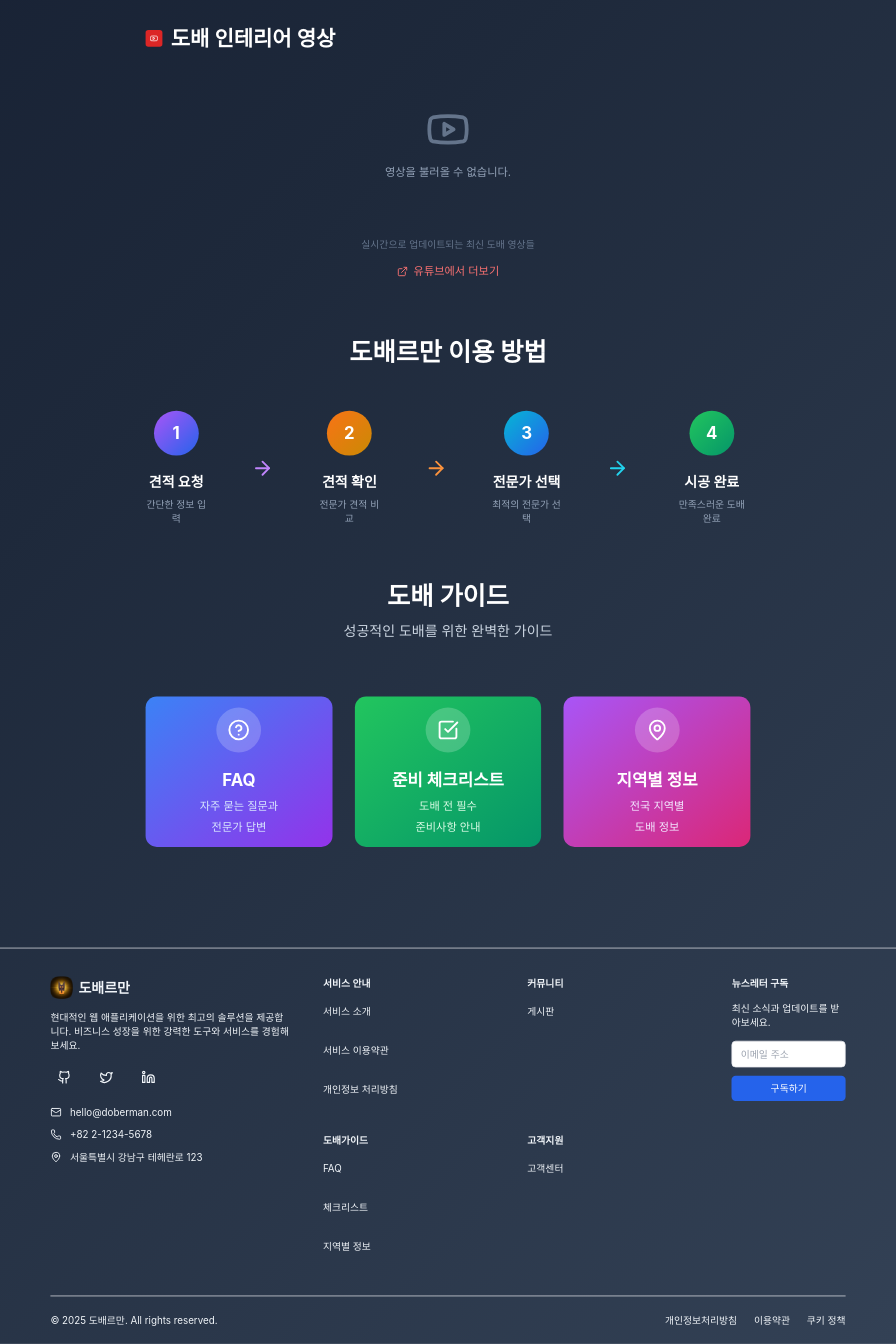
Repository: rambozzang/doberman_nextjs
Page: /
An editor plug-in stored every save of this project. The page is shown before and after the next save, followed by the edit.
The browser window is 1280 px wide. The pictures show the part of the page from y = 1647 to 3567 px (the page is 3567 px tall), at 70% of full size.
The page's requests for data from a server got no answer. The project was rebuilt for these pictures with package versions that can differ from the ones it lists, and the page was loaded fresh each time. The framework's server and built-in components were replaced by stand-ins that run in the browser. No one was signed in, and anything a server would have sent is missing. Also part of the build but not shown: next.config.mjs, next.config.ts, src/components/AutoLogoutWarning.tsx, src/components/ForgotPasswordModal.tsx, src/components/LoginModal.tsx, src/components/RegisterModal.tsx.

Above is the page before, as saved 2025-06-28 01:17:06.

### src/components/Footer.tsx
"use client";

import React, { useState } from "react";
import Link from "next/link";
import { motion, AnimatePresence } from "framer-motion";
import { Github, Twitter, Linkedin, Mail, Phone, MapPin, ChevronDown } from "lucide-react";

import Image from "next/image";

interface FooterLink {
  title: string;
  href: string;
}

interface FooterSection {
  title: string;
  links: FooterLink[];
}

interface SocialLink {
  name: string;
  href: string;
  icon: React.ReactNode;
}

interface FooterProps {
  logo?: string;
  description?: string;
  sections?: FooterSection[];
  socialLinks?: SocialLink[];
  contactInfo?: {
    email?: string;
    phone?: string;
    address?: string;
  };
  showNewsletter?: boolean;
}

const defaultSections: FooterSection[] = [
  {
    title: "서비스 안내",
    links: [
      { title: "서비스 소개", href: "/service-intro" },
      { title: "서비스 이용약관", href: "/terms-of-service" },
      { title: "개인정보 처리방침", href: "/privacy-policy" },
    ],
  },
  {
    title: "커뮤니티",
    links: [{ title: "게시판", href: "/board" }],
  },
  {
    title: "도배가이드",
    links: [
      { title: "FAQ", href: "/faq" },
      { title: "체크리스트", href: "/checklist" },
      { title: "지역별 정보", href: "/regional-guide" },
    ],
  },
  {
    title: "고객지원",
    links: [{ title: "고객센터", href: "/customer-support" }],
  },
];

const defaultSocialLinks: SocialLink[] = [
  {
    name: "GitHub",
    href: "https://github.com",
    icon: <Github className="w-5 h-5" />,
  },
  {
    name: "Twitter",
    href: "https://twitter.com",
    icon: <Twitter className="w-5 h-5" />,
  },
  {
    name: "LinkedIn",
    href: "https://linkedin.com",
    icon: <Linkedin className="w-5 h-5" />,
  },
];

const Footer: React.FC<FooterProps> = ({
  logo = "도배르만",
  description = "현대적인 웹 애플리케이션을 위한 최고의 솔루션을 제공합니다. 비즈니스 성장을 위한 강력한 도구와 서비스를 경험해보세요.",
  sections = defaultSections,
  socialLinks = defaultSocialLinks,
  contactInfo = {
    email: "hello@doberman.com",
    phone: "+82 2-1234-5678",
    address: "서울특별시 강남구 테헤란로 123",
  },
  showNewsletter = true,
}) => {
  // 모바일 아코디언 상태 관리
  const [expandedSections, setExpandedSections] = useState<Record<string, boolean>>({});

  // 아코디언 토글 함수
  const toggleSection = (sectionTitle: string) => {
    setExpandedSections(prev => ({
      ...prev,
      [sectionTitle]: !prev[sectionTitle]
    }));
  };

  const handleNewsletterSubmit = (e: React.FormEvent) => {
    e.preventDefault();
    // 뉴스레터 구독 로직
    console.log("뉴스레터 구독");
  };

  return (
    <footer className="bg-background border-t border-border">
      <div className="container mx-auto px-4 sm:px-6 lg:px-8">
        {/* Main Footer Content */}
        <div className="py-6 sm:py-8 lg:py-10">
          <div className="grid grid-cols-1 md:grid-cols-2 lg:grid-cols-12 gap-4 sm:gap-6 lg:gap-8">
            {/* Company Info */}
            <div className="md:col-span-2 lg:col-span-4 space-y-3 sm:space-y-4 lg:space-y-4">
              <motion.div
                initial={{ opacity: 0, y: 20 }}
                whileInView={{ opacity: 1, y: 0 }}
                transition={{ duration: 0.5 }}
                viewport={{ once: true }}
              >
                <Link href="/" className="flex items-center space-x-2 mb-3 sm:mb-4">
                  <Image src="/logo.png" alt="logo" width={28} height={28} className="sm:w-8 sm:h-8" />
                  <span className="text-lg sm:text-xl font-bold text-foreground">{logo}</span>
                </Link>
                <p className="text-muted-foreground text-xs sm:text-sm leading-relaxed pr-4">
                  {description}
                </p>
              </motion.div>

              {/* Social Links */}
              <motion.div
                initial={{ opacity: 0, y: 20 }}
                whileInView={{ opacity: 1, y: 0 }}
                transition={{ duration: 0.5, delay: 0.1 }}
                viewport={{ once: true }}
                className="flex space-x-3 sm:space-x-4"
              >
                {socialLinks.map((social) => (
                  <motion.a
                    key={social.name}
                    href={social.href}
                    target="_blank"
                    rel="noopener noreferrer"
                    whileHover={{ scale: 1.1 }}
                    whileTap={{ scale: 0.95 }}
                    className="p-2 sm:p-2.5 rounded-lg bg-accent/50 text-muted-foreground hover:text-foreground hover:bg-accent transition-colors touch-target"
                    aria-label={social.name}
                  >
                    <div className="w-4 h-4 sm:w-5 sm:h-5">
                      {social.icon}
                    </div>
                  </motion.a>
                ))}
              </motion.div>

              {/* Contact Info */}
              {contactInfo && (
                <motion.div
                  initial={{ opacity: 0, y: 20 }}
                  whileInView={{ opacity: 1, y: 0 }}
                  transition={{ duration: 0.5, delay: 0.2 }}
                  viewport={{ once: true }}
                  className="space-y-2 sm:space-y-3"
                >
                  {contactInfo.email && (
                    <div className="flex items-center space-x-2 sm:space-x-3 text-xs sm:text-sm text-muted-foreground">
                      <Mail className="w-3 h-3 sm:w-4 sm:h-4 flex-shrink-0" />
                      <span className="break-all">{contactInfo.email}</span>
                    </div>
                  )}
                  {contactInfo.phone && (
                    <div className="flex items-center space-x-2 sm:space-x-3 text-xs sm:text-sm text-muted-foreground">
                      <Phone className="w-3 h-3 sm:w-4 sm:h-4 flex-shrink-0" />
                      <span>{contactInfo.phone}</span>
                    </div>
                  )}
                  {contactInfo.address && (
                    <div className="flex items-start space-x-2 sm:space-x-3 text-xs sm:text-sm text-muted-foreground">
                      <MapPin className="w-3 h-3 sm:w-4 sm:h-4 flex-shrink-0 mt-0.5" />
                      <span className="leading-relaxed">{contactInfo.address}</span>
                    </div>
                  )}
                </motion.div>
              )}
            </div>

            {/* Footer Links */}
            <div className="md:col-span-2 lg:col-span-6">
              {/* 데스크톱 버전 - 기존 그리드 */}
              <div className="hidden md:grid grid-cols-2 gap-4 sm:gap-6 md:gap-8">
                {sections.map((section, index) => (
                  <motion.div
                    key={section.title}
                    initial={{ opacity: 0, y: 20 }}
                    whileInView={{ opacity: 1, y: 0 }}
                    transition={{ duration: 0.5, delay: index * 0.1 }}
                    viewport={{ once: true }}
                    className="space-y-3 sm:space-y-4"
                  >
                    <h3 className="text-xs sm:text-sm font-semibold text-foreground">
                      {section.title}
                    </h3>
                    <ul className="space-y-2 sm:space-y-3">
                      {section.links.map((link) => (
                        <li key={link.title}>
                          <Link
                            href={link.href}
                            className="text-xs sm:text-sm text-muted-foreground hover:text-foreground transition-colors block py-1 touch-target"
                          >
                            {link.title}
                          </Link>
                        </li>
                      ))}
                    </ul>
                  </motion.div>
                ))}
              </div>

              {/* 모바일 버전 - 아코디언 */}
              <div className="md:hidden space-y-2">
                {sections.map((section, index) => (
                  <motion.div
                    key={section.title}
                    initial={{ opacity: 0, y: 20 }}
                    whileInView={{ opacity: 1, y: 0 }}
                    transition={{ duration: 0.5, delay: index * 0.1 }}
                    viewport={{ once: true }}
                    className="border border-slate-700/30 rounded-lg bg-slate-800/20 overflow-hidden"
                  >
                    {/* 아코디언 헤더 */}
                    <button
                      onClick={() => toggleSection(section.title)}
                      className="w-full flex items-center justify-between p-4 text-left hover:bg-slate-700/20 transition-colors touch-target"
                    >
                      <h3 className="text-sm font-semibold text-foreground">
                        {section.title}
                      </h3>
                      <motion.div
                        animate={{ rotate: expandedSections[section.title] ? 180 : 0 }}
                        transition={{ duration: 0.2 }}
                      >
                        <ChevronDown className="w-4 h-4 text-muted-foreground" />
                      </motion.div>
                    </button>

                    {/* 아코디언 컨텐츠 */}
                    <AnimatePresence>
                      {expandedSections[section.title] && (
                        <motion.div
                          initial={{ height: 0, opacity: 0 }}
                          animate={{ height: "auto", opacity: 1 }}
                          exit={{ height: 0, opacity: 0 }}
                          transition={{ duration: 0.3, ease: "easeInOut" }}
                          className="overflow-hidden"
                        >
                          <div className="px-4 pb-4 border-t border-slate-700/30">
                            <ul className="space-y-2 pt-3">
                              {section.links.map((link) => (
                                <motion.li
                                  key={link.title}
                                  initial={{ opacity: 0, x: -10 }}
                                  animate={{ opacity: 1, x: 0 }}
                                  transition={{ duration: 0.2 }}
                                >
                                  <Link
                                    href={link.href}
                                    className="text-sm text-muted-foreground hover:text-foreground transition-colors block py-2 px-2 rounded hover:bg-slate-700/20 touch-target"
                                  >
                                    {link.title}
                                  </Link>
                                </motion.li>
                              ))}
                            </ul>
                          </div>
                        </motion.div>
                      )}
                    </AnimatePresence>
                  </motion.div>
                ))}
              </div>
            </div>

            {/* Newsletter */}
            {showNewsletter && (
              <div className="md:col-span-2 lg:col-span-2">
                <motion.div
                  initial={{ opacity: 0, y: 20 }}
                  whileInView={{ opacity: 1, y: 0 }}
                  transition={{ duration: 0.5, delay: 0.3 }}
                  viewport={{ once: true }}
                  className="space-y-4"
                >
                  <h3 className="text-sm font-semibold text-foreground">
                    뉴스레터 구독
                  </h3>
                  <p className="text-sm text-muted-foreground">
                    최신 소식과 업데이트를 받아보세요.
                  </p>
                  <form onSubmit={handleNewsletterSubmit} className="space-y-3">
                    <input
                      type="email"
                      placeholder="이메일 주소"
                      className="w-full px-3 py-2 text-sm bg-background border border-border rounded-md focus:outline-none focus:ring-2 focus:ring-primary focus:border-transparent"
                      required
                    />
                    <button
                      type="submit"
                      className="w-full px-3 py-2 text-sm bg-blue-600 text-white rounded-md hover:bg-blue-700 transition-colors"
                    >
                      구독하기
                    </button>
                  </form>
                </motion.div>
              </div>
            )}
          </div>
        </div>

        {/* Bottom Bar */}
        <motion.div
          initial={{ opacity: 0 }}
          whileInView={{ opacity: 1 }}
          transition={{ duration: 0.5, delay: 0.4 }}
          viewport={{ once: true }}
          className="py-6 border-t border-border"
        >
          <div className="flex flex-col md:flex-row justify-between items-center space-y-4 md:space-y-0">
            <div className="text-sm text-muted-foreground">
              © {new Date().getFullYear()} {logo}. All rights reserved.
            </div>
            <div className="flex space-x-6">
              <Link
                href="/privacy"
                className="text-sm text-muted-foreground hover:text-foreground transition-colors"
              >
                개인정보처리방침
              </Link>
              <Link
                href="/terms"
                className="text-sm text-muted-foreground hover:text-foreground transition-colors"
              >
                이용약관
              </Link>
              <Link
                href="/cookies"
                className="text-sm text-muted-foreground hover:text-foreground transition-colors"
              >
                쿠키 정책
              </Link>
            </div>
          </div>
        </motion.div>
      </div>
    </footer>
  );
};

export default Footer;

Loaded but not shown: tailwind.config.js (145 lines, source omitted); src/app/page.tsx (898 lines, source omitted); src/components/Header.tsx (549 lines, source omitted); src/app/globals.css (891 lines, source omitted); src/lib/api.ts (171 lines, source omitted); src/services/authService.ts (116 lines, source omitted); src/hooks/useAutoLogout.ts (132 lines, source omitted); src/lib/auth.ts (101 lines, source omitted); src/hooks/useAuth.ts (100 lines, source omitted); src/store/useStore.ts (38 lines, source omitted); src/components/AdSense.tsx (41 lines, source omitted); src/providers/GlobalProvider.tsx (31 lines, source omitted); src/providers/QueryProvider.tsx (25 lines, source omitted); src/services/youtubeService.ts (9 lines, source omitted); src/app/layout.tsx (264 lines, source omitted)

After the next save:
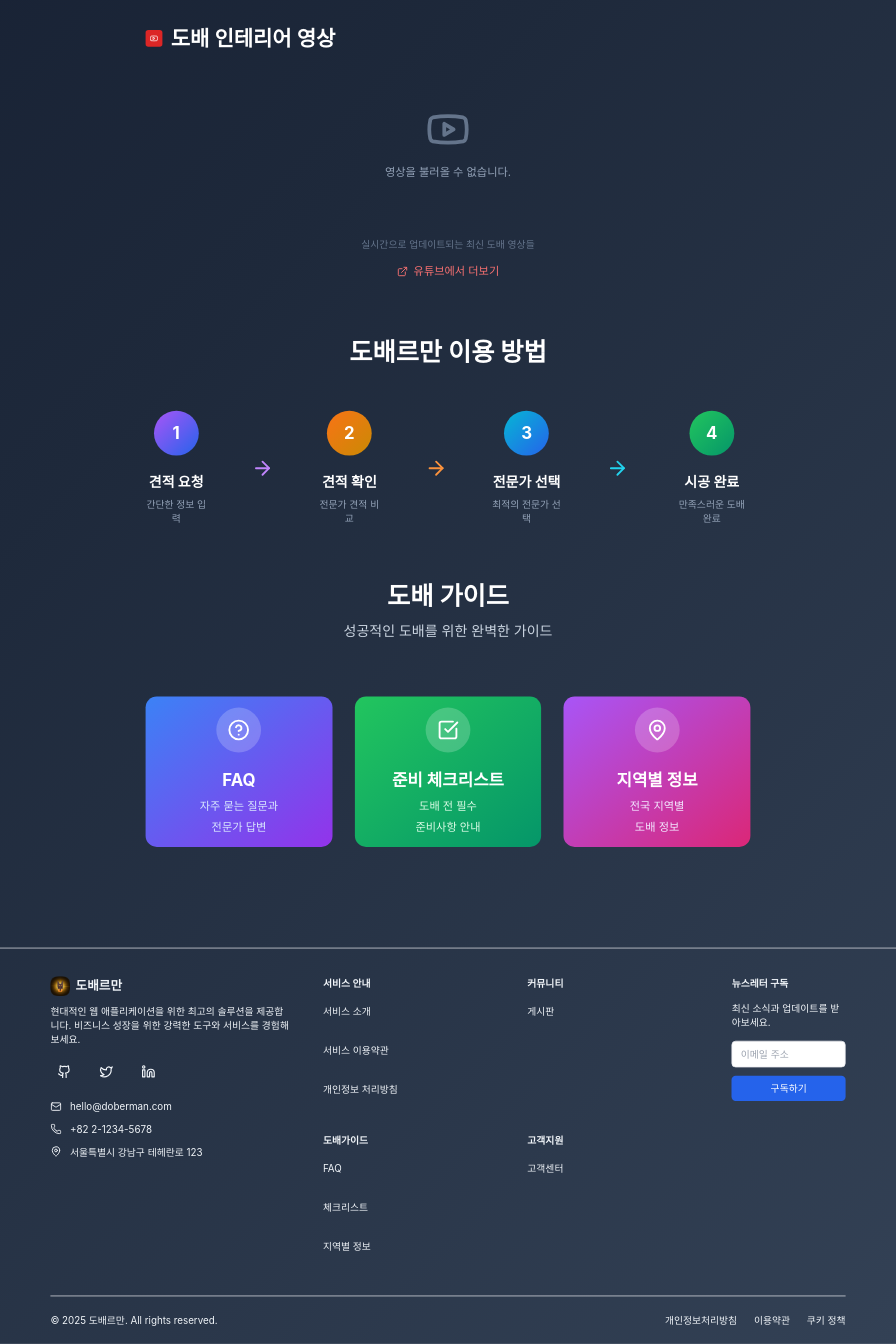
Saved 13 s later.
--- a/src/components/Footer.tsx
+++ b/src/components/Footer.tsx
@@ -124,11 +124,11 @@ const Footer: React.FC<FooterProps> = ({
                 transition={{ duration: 0.5 }}
                 viewport={{ once: true }}
               >
-                <Link href="/" className="flex items-center space-x-2 mb-3 sm:mb-4">
-                  <Image src="/logo.png" alt="logo" width={28} height={28} className="sm:w-8 sm:h-8" />
-                  <span className="text-lg sm:text-xl font-bold text-foreground">{logo}</span>
+                <Link href="/" className="flex items-center space-x-2 mb-2 sm:mb-3 lg:mb-3">
+                  <Image src="/logo.png" alt="logo" width={24} height={24} className="sm:w-7 sm:h-7 lg:w-7 lg:h-7" />
+                  <span className="text-base sm:text-lg lg:text-lg font-bold text-foreground">{logo}</span>
                 </Link>
-                <p className="text-muted-foreground text-xs sm:text-sm leading-relaxed pr-4">
+                <p className="text-muted-foreground text-xs sm:text-sm lg:text-sm leading-relaxed pr-4 line-clamp-3">
                   {description}
                 </p>
               </motion.div>
